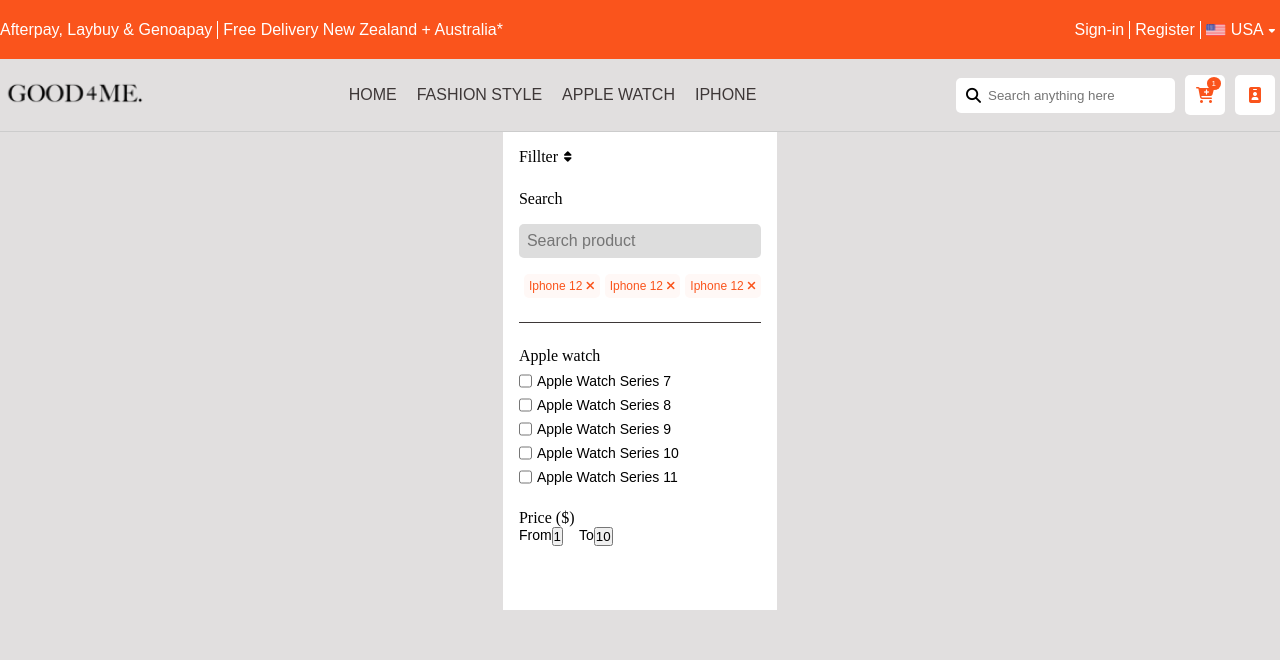
Repository: Ngoc28/Shoppe-web
Page: html/category.html
An editor plug-in stored every save of this project. The page is shown before and after the next save, followed by the edit.
The browser window is 1280 px wide. The pictures show the whole page.
Some web fonts or font styles are not loaded; a fallback is used.

Above is the page before, as saved 2023-08-08 14:29:39.

### html/category.html
<!DOCTYPE html>
<html lang="en">
<head>
    <meta charset="UTF-8">
    <meta name="viewport" content="width=device-width, initial-scale=1.0">
    <title>Category</title>
    <link rel="stylesheet" href="../accest/css/base.css">
    <link rel="stylesheet" href="/accest/css/category.css">
    <link rel="stylesheet" href="https://cdnjs.cloudflare.com/ajax/libs/font-awesome/6.4.2/css/all.min.css"
        integrity="sha512-z3gLpd7yknf1YoNbCzqRKc4qyor8gaKU1qmn+CShxbuBusANI9QpRohGBreCFkKxLhei6S9CQXFEbbKuqLg0DA=="
        crossorigin="anonymous" referrerpolicy="no-referrer" />
</head>
<body>
    <header>
        <div class="header-top">
            <div class="header-info wide">
                <div class="header-info-dis">
                    <p class="header-info-country">Afterpay, Laybuy & Genoapay</p>
                    <div class="boder-r"></div>
                    <p class="header-info-country">Free Delivery New Zealand + Australia*</p>
                </div>
                <div class="header-info-user">
                    <div class="header-authen">
                        <p class="btn-sign">Sign-in</p>
                        <div class="boder-r"></div>
                        <p class="btn-register">Register</p>
                        <div class="boder-r"></div>
                    </div>
                    <div class="header-contry">
                        <img src="../accest/image/co.png" alt="" width="20px" , height="12px">
                        <p class="btn-country">
                            USA
                            <i class="fa-solid fa-caret-down"></i>
                        </p>
                    </div>
                </div>
            </div>
        </div>
        <div class="header-bot">
            <div class="header-nav wide">
                <div class="header-logo">
                    <img src="../accest/image/Logo_-_Good4Me_140x 1.png" alt="">
                </div>
                <div class="header-navbar">
                    <ul class="nav-link">
                        <li class="nav-item"><a href="/index.html">Home</a></li>
                        <li class="nav-item"><a href="">Fashion style</a></li>
                        <li class="nav-item"><a href="#">Apple watch</a></li>
                        <li class="nav-item"><a href="">Iphone</a></li>
                    </ul>
                </div>
                <div class="header-choose">
                    <label for="search" class="header-search">
                        <i class="fa-solid fa-magnifying-glass"></i>
                        <input type="text" placeholder="Search anything here" id="search">
                    </label>
                    <div class="header-cart">
                        <i class="fa-solid fa-cart-plus"></i>

                        <div class="cart-number">
                            <span>1</span>
                        </div>
                    </div>
                    <div class="header-contact">
                        <i class="fa-solid fa-id-badge"></i>
                    </div>
                </div>
            </div>
        </div>
    </header>

    <div class="container">
        <div class="container-width main-width">
            <div class="container-nav">
                <div class="container-nav-fil">
                    <p>Fillter</p>
                    <i class="fa-solid fa-sort"></i>
                </div>
                <div class="container-nav-search">
                    <label for="search">Search</label>
                    <input type="search" name="search" id="search" placeholder="Search product">
                    <div class="btn-his">
                        <button>
                            Iphone 12
                            <i class="fa-solid fa-xmark"></i>
                        </button>
                        <button>
                            Iphone 12
                            <i class="fa-solid fa-xmark"></i>
                        </button>
                        <button>
                            Iphone 12
                            <i class="fa-solid fa-xmark"></i>
                        </button>

                    </div>
                </div>
                <div class="line"></div>
                <div class="container-nav-brand">
                    <div class="container-nav-heading">
                        <p>Apple watch</p>
                    </div>
                    <div class="container-nav-check">
                        <div class="container-nav-check-item">
                            <input type="checkbox"><p>Apple Watch Series 7</p>
                        </div>
                        <div class="container-nav-check-item">
                            <input type="checkbox"><p>Apple Watch Series 8</p>
                        </div>
                        <div class="container-nav-check-item">
                            <input type="checkbox"><p>Apple Watch Series 9</p>
                        </div>
                        <div class="container-nav-check-item">
                            <input type="checkbox"><p>Apple Watch Series 10</p>
                        </div>
                        <div class="container-nav-check-item">
                            <input type="checkbox"><p>Apple Watch Series 11</p>
                        </div>
                    </div>
                </div>
                <div class="container-nav-price">
                    <p class="container-nav-price-title">
                        Price ($)
                    </p>
                    <div class="container-nav-price-about">
                        <div class="container-nav-price-from">
                            <p>From</p>
                            <button>1</button>
                        </div>

                        <div class="container-nav-price-to">
                            <p>To</p>
                            <button>10</button>
                        </div>
                    </div>
                </div>
                <div class="container-nav-staus">

                </div>
            </div>
            <div class="container-product">

            </div>
        </div>
    </div>
</body>
</html>

### accest/css/base.css
@font-face{font-family:gilroy-bold;font-style:normal;font-weight:400;src:local('Gilroy-Bold'),url(https://fonts.cdnfonts.com/s/16219/Gilroy-Bold.woff) format('woff')}@font-face{font-family:gilroy-heavy;font-style:normal;font-weight:400;src:local('Gilroy-Heavy'),url(https://fonts.cdnfonts.com/s/16219/Gilroy-Heavy.woff) format('woff')}@font-face{font-family:gilroy-light;font-style:normal;font-weight:400;src:local('Gilroy-Light'),url(https://fonts.cdnfonts.com/s/16219/Gilroy-Light.woff) format('woff')}@font-face{font-family:gilroy-medium;font-style:normal;font-weight:400;src:local('Gilroy-Medium'),url(https://fonts.cdnfonts.com/s/16219/Gilroy-Medium.woff) format('woff')}@font-face{font-family:gilroy-regular;font-style:normal;font-weight:400;src:local('Gilroy-Regular'),url(https://fonts.cdnfonts.com/s/16219/Gilroy-Regular.woff) format('woff')}

*{
    padding: 0;
    margin: 0;
    box-sizing: border-box;
}

:root {
    --main-color: #FA541C;
    --footer-color: #FFF8F6;
    --white-color: #FFFF;
    --text-color: #3D3737;
    --gray-text:#85858A;
    --gray-background: #DDDDDD;
    --main-background: #e0ddddef;
}

.wide{
    width: 1280px;
}

html {
    font-family: gilroy-regular, sans-serif;
}

body {
    background: var(--main-background);
}
/* header */
header {
}

.header-top {
    background: var(--main-color);
    display: flex;
    justify-content: center;
    align-items: center;
    width: 100%;
    height: 100%;
    height: 59px;
}

.header-info {
    display: flex;
    justify-content: space-between;
}

.header-info-dis {
    display: flex;
}

.header-info-country {
    font-size: 16px;
    font-weight: 300;
    color: var(--white-color);
}

.boder-r {
    border-right: 1px solid #fff;
    margin: 0 5px;
}

.header-authen {
    display: flex;
}

.header-info-user {
    display: flex;

}

.btn-sign,
.btn-register {
    border: none;
    background-color: var(--main-color);
    color: var(--white-color);
    font-size: 16px;
    font-weight: 200;
    cursor: pointer;
}


.header-contry {
    display: flex;
    align-items: center;
}

.btn-country {
    border: none;
    background: var(--main-color);
    color: var(--white-color);
    font-size: 16px;
    font-weight: 300;
    text-transform: uppercase;
    padding: 0 5px;
    display: flex;
    align-items: center;
    cursor: pointer;
}

.btn-country i {
    padding-left:5px ;
    font-size: 10px;
    color: var(--white-color);
}

/* NAVBAR */
.header-bot {
    display: flex;
    justify-content: center;
    /* margin: 0 auto; */
    width: 100%;
    /* height: 100%;      */
    border-bottom: 1px solid #ccc ;
    /* background: var(--gray-background); */
}

.header-logo img {
    object-fit: cover;
}

.header-nav {
    height: 72px;
    display: flex;
    align-items: center;
    justify-content: space-between;
}

.nav-link {
    display: flex;

}

.nav-item {
    list-style: none;
}

.nav-item a {
    text-decoration: none;
    color: var(--text-color);
    font-size: 16px;
    font-weight: 600px;
    padding: 0 10px;
    text-transform: uppercase;
}

.nav-item a:hover {
    color: var(--main-color);
}

.header-choose {
    display: flex;
    align-items: center;
    border-radius: 5px;

}

.header-search {
    background: var(--white-color);
    padding: 10px;
    display: flex;
    align-items: center;
    justify-content: center;
    border-radius: 5px;
    margin-right: 5px;
}

.header-search input {
    border: none;
    outline: none;

}

.header-search i {
    font-size: 15px;
    margin-right: 7px;
}

.header-cart,
.header-contact {
    background: var(--white-color);
    /* padding: 10px; */
    border-radius: 5px;
    margin: 0 5px;
    width: 40px;
    height: 40px;
    display: flex;
    justify-content: center;
    align-items: center;
}

.header-cart {
    position: relative;
}

.header-cart i,
.header-contact i {
    color: var(--main-color);
}

.cart-number {
    position: absolute;
    top: -3px;
    right: 4px;
    z-index: 1;
    /* width: 30px;
    height: 30px; */
}
.cart-number span {
    padding: 2px 5px;
    font-size: 8px;
    border-radius: 50%;
    background: var(--main-color);
    color: var(--white-color);
}

/* product */

.component {
    display: flex;
    flex-direction: column;
    margin: 32px auto 0;
}

.product {
    margin: 32px 0;
    display: flex;
    flex-wrap: wrap;
    gap: 32px;
}


.product-item {
    background: var(--white-color);
    display: flex;
    padding: 10px;
    flex: 1;
    border-radius: 8px;
}

.product-info {
    display: flex;
    flex-direction: column;
    gap: 16px;
    margin: auto 0;
}

.product-img {
    margin-right: 10px;
}

.product-img img {
    object-fit: cover;
}

.product-info-title {
    display: flex;
    justify-content: space-between;
}

.product-info-title p {
    font-family: gilroy-medium;
    font-size: 16px;
}

.product-info-title button {
    border: none;
    background: #F6FFED;
    color: #389E0D;
    padding: 5px;
}

.product-info-text p {
    font-size: 16px;
}

.product-info-color {
    display: flex;
}

.product-info-color p {
    font-size: 16px;
    margin-right: 5px;
}

.product-choose-color {
    display: flex;
    background-color: var(--gray-background);
    border-radius: 6px;
    padding: 3px;
}

.product-choose-white{
    margin-right: 5px;
    padding: 1px 8px;
    background: var(--white-color);
    border-radius: 50%;
}

.product-choose-black{
    margin-right: 5px;
    padding: 1px 8px;
    background: #000;
    border-radius: 50%;
}

.product-choose-vio{
    margin-right: 5px;

    padding: 1px 8px ;
    background: #304A23;
    border-radius: 50%;
}

.product-choose-red{
    padding: 1px 8px;
    background: #AF0303;
    border-radius: 50%;
}

.product-info-status {
    display: flex;
}

.product-info-status p{
    font-size: 16px;
    color: var(--text-color);
    margin-right: 5px;
}

.product-info-status span {
    color: #389E0D;
}

.product-info-price {
    display: flex;
    justify-content: space-between;
}

.product-info-price span{
    font-family: gilroy-medium;
    font-size: 16px;
}


/* footer */
footer {
    padding: 32px 0;
    background: var(--footer-color);
}


.footer-top {
    display: flex;
    gap: 40px;
    margin: 0 auto 32px;
}

.text {
    flex: 1;
    display: flex;
    flex-direction: column;
    gap: 16px;
}

.footer-logo img {
    object-fit: cover;
}


.footer-item p {
    font-family: gilroy-medium;
    font-size: 20px;
    text-transform: uppercase;
}

.text p {
    font-size: 16px;
}

.line-footer {
    width: 1280px;
    border-bottom: 1px solid var(--text-color);
    margin: 0 auto 32px;

}

.footer-bot {
    display: flex;
    justify-content: space-between;
    margin: 0 auto;
}

.footer-bot-text p {
    font-size: 16px;
}

.footer-bot-text p span {
    font-family: gilroy-medium;
    color: var(--main-color);
    text-transform: uppercase;
}

### accest/css/category.css
.container {
    display: flex;
    justify-content: center;
}

.container-nav{
    display: flex;
    flex-direction: column;
    background: var(--white-color);
    flex: 1;
    gap: 24px;
    padding: 16px 16px 40px;
    flex-direction: column;
}

.container-nav-fil {
    display: flex;
    align-items: center;
}

.container-nav-fil p{
    font-size: 16px;
    margin-right: 6px;
    font-family: gilroy-medium;

}

.container-nav-fil i {
    font-size: 12px;
}

.container-product {
    flex: 4;
}

.container-nav-search {
    display: flex;
    flex-direction: column;
    gap: 16px;
}

.container-nav-search label{
    display: block;
    font-family: gilroy-medium;
    font-size: 16px;
}

.container-nav-search input {
    background: var(--gray-background);
    border: none;
    outline: none;
    padding: 8px;
    border-radius: 5px;
    font-size: 16px;
}

.btn-his {
    display: flex;
    flex-wrap: wrap;
}

.btn-his button{
    margin-left: 5px;
    background: #FFF8F6;
    color: var(--main-color);
    padding: 5px;
    border-radius: 5px;
    font-size: 12px;
    border: none;
    cursor: pointer;
}

.btn-his button:hover {
    background: var(--main-color);
    color: var(--white-color);

}

.line {
    border-bottom: 1px solid var(--text-color);
}

.container-nav-heading p {
    font-size: 16px;
    font-family: gilroy-medium;
    margin-bottom: 8px;
}

.container-nav-check {
    display: flex;
    flex-direction: column;
    gap: 8px;
}

.container-nav-check-item {
    display: flex;
}

.container-nav-check-item p {
    font-size: 14px;
    margin-left: 5px;
}

.container-nav-price {
}

.container-nav-price-title {
    font-size: 16px;
    font-family: gilroy-medium;

}

.container-nav-price-about {
    display: flex;
    gap: 16px;
}

.container-nav-price-from,
.container-nav-price-to  {
    display: flex;
}

.container-nav-price-from p,
.container-nav-price-to p {
    font-size: 14px;
}

.container-nav-price-from button,
.container-nav-price-to button {

}

After the next save:
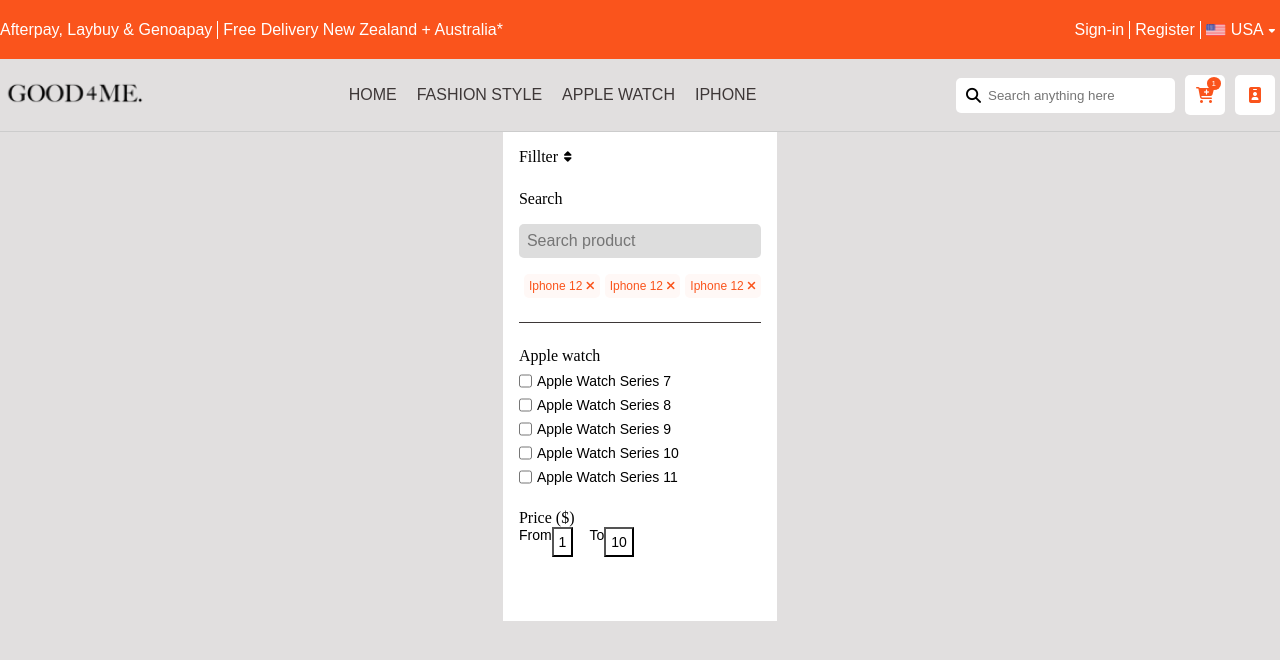
Saved 17 s later.
--- a/accest/css/category.css
+++ b/accest/css/category.css
@@ -127,5 +127,7 @@
 
 .container-nav-price-from button,
 .container-nav-price-to button {
-
+    padding: 5px;
+    font-size: 14px;
+    background: var(--white-color);
 }
